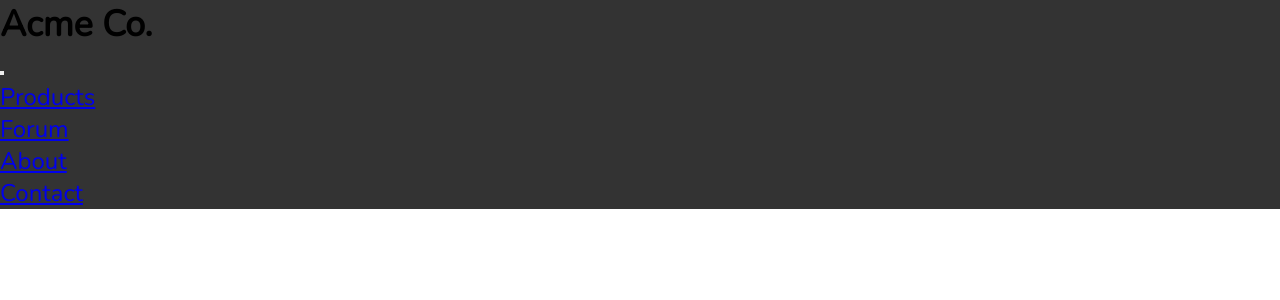
Repository: JavaProgrammerFromEastEurope/project-css-full-tutorial
Page: 22_lesson/menu.html
The author's editor kept a copy of each file at every save. The page is drawn from the files as they stood at one save, then again after a run of saves.
The browser window is 1280 px wide. The pictures show the whole page.

Above is the page before, as saved 2023-04-07 14:59:58.

After the next 2 saves:
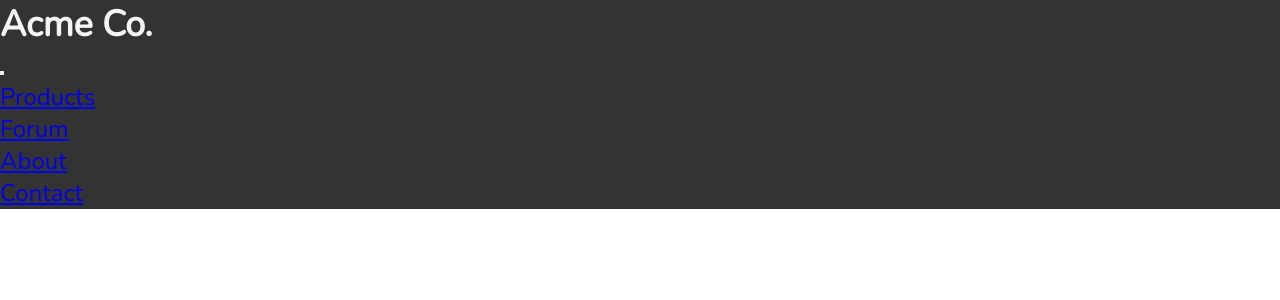
The 2 saves are shown as one change because they came seconds apart.
The last was saved 8 s later.
--- a/22_lesson/css/menu.css
+++ b/22_lesson/css/menu.css
@@ -25,5 +25,5 @@
 
 header {
 	background-color: var(--HEADER-BGCOLOR);
-	color: var(--)
+	color: var(--HEADER-COLOR);
 }
